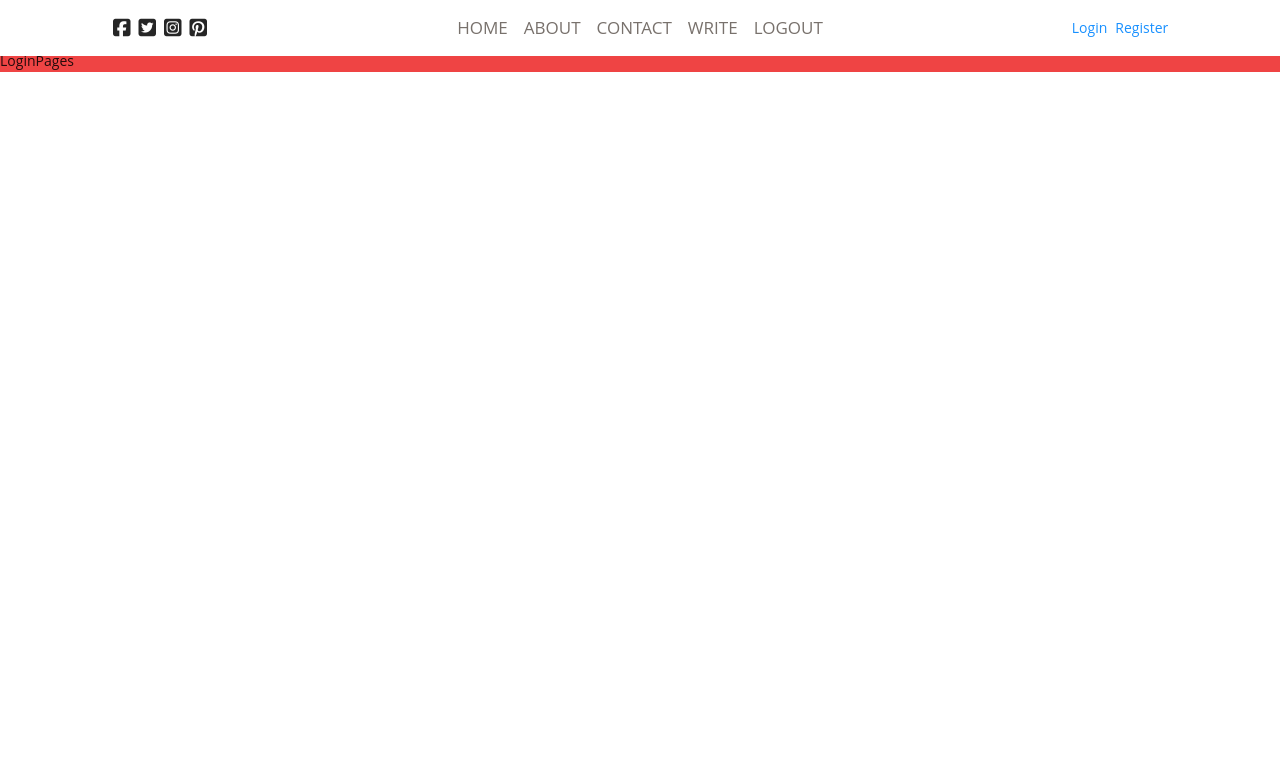
Repository: truongnguyenuit/Blog_App_ver2
Page: /login (app in client/)
The author's editor kept a copy of each file at every save. The page is drawn from the files as they stood at one save, then again after the next save.
The browser window is 1280 px wide. The pictures show the whole page.
Some web libraries are served in a nearby version. The project was rebuilt for these pictures with package versions that can differ from the ones it lists, and the page was loaded fresh each time. Also part of the build but not shown: client/src/components/AboutComponent.js, client/src/pages/HomePage.js, client/src/pages/RegisterPage.js.

Above is the page before, as saved 2022-07-18 11:12:16.

After the next save:
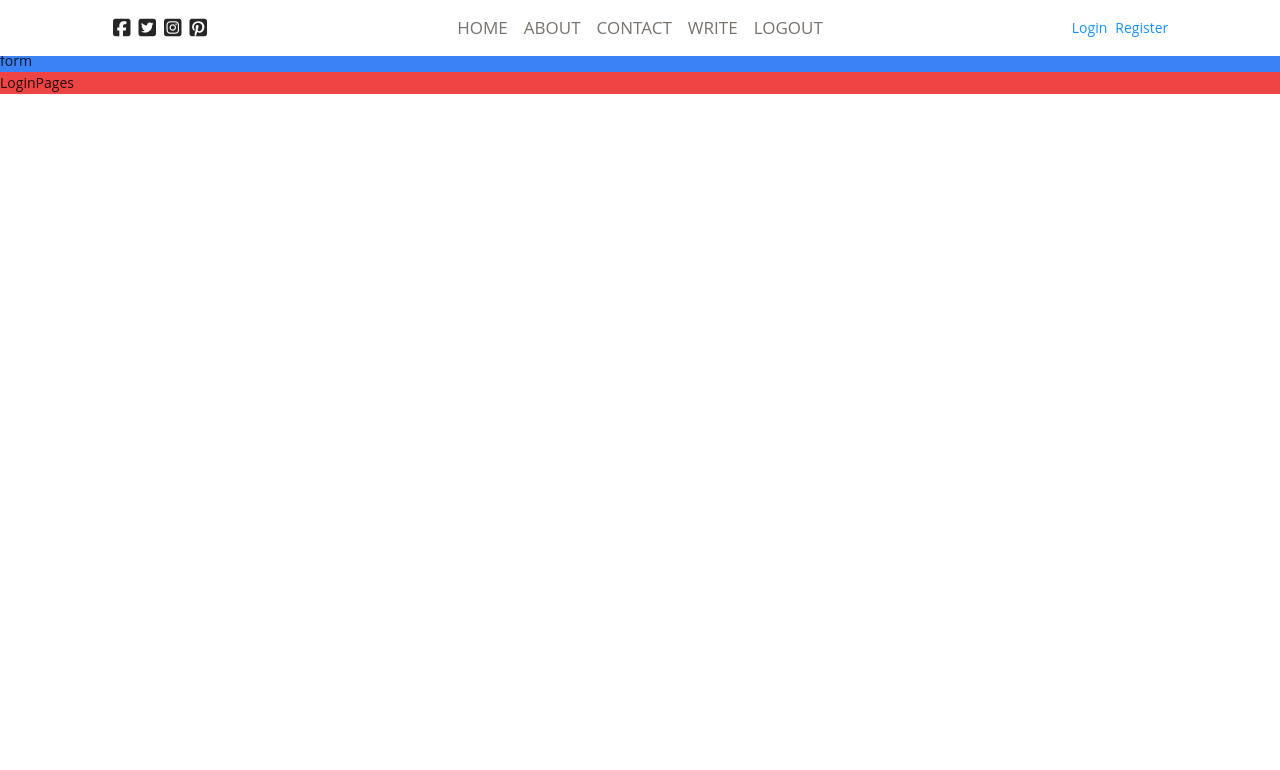
Saved 9 s later.
--- a/client/src/pages/LoginPage.js
+++ b/client/src/pages/LoginPage.js
@@ -3,7 +3,9 @@ import React from 'react'
 const LoginPage = () => {
   return (
     <div className='bg-red-500'>
-    <div className="bg-blue-500"></div>
+    <div className="bg-blue-500">
+      form
+    </div>
       LoginPages
     </div>
   )
